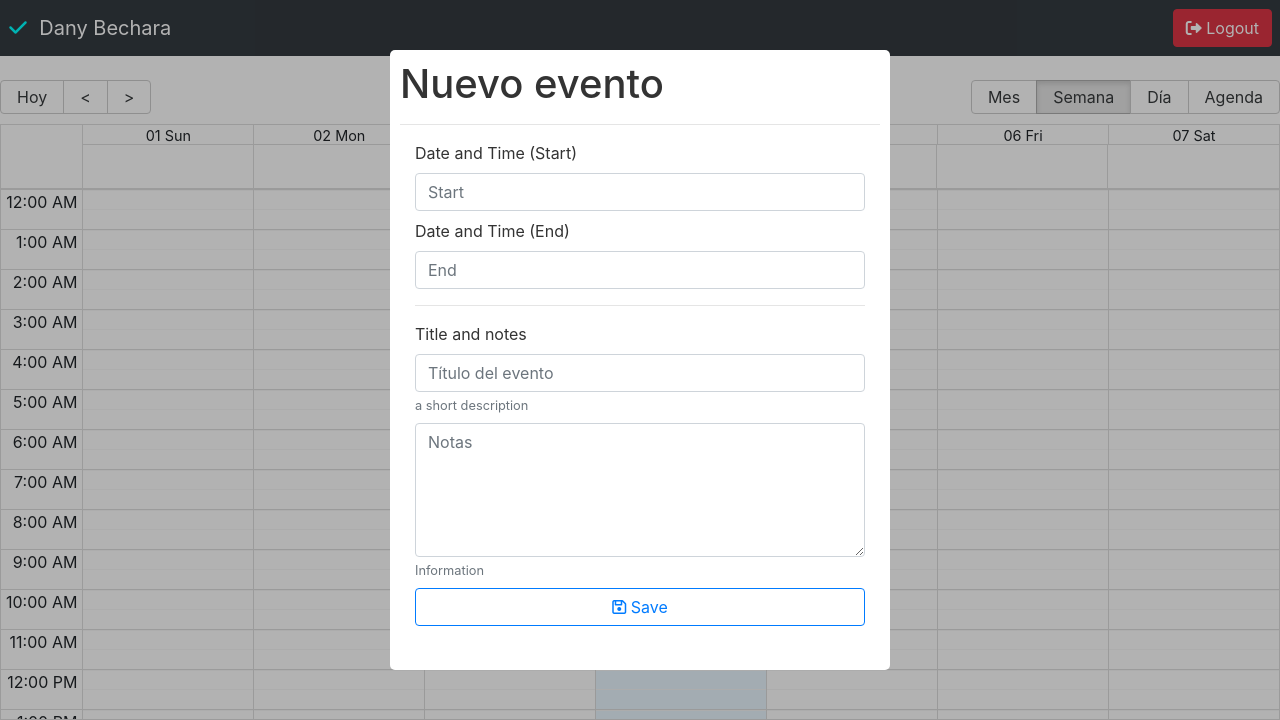
Repository: bechara611/calendar-frontend
Page: /
These files come from the project's save history. The page is drawn as it stood at one moment and after the next save; the edit follows.
The browser window is 1280 px wide. The pictures show the whole page.
An inner scrolling area shows only its first screen. The project was rebuilt for these pictures with package versions that can differ from the ones it lists, and the page was loaded fresh each time. Also part of the build but not shown: vite.config.js. Imported but missing from the stored project, and not drawn on this page: src/auth.

Above is the page before, as saved 2023-01-05 11:22:16.

### index.html
<!DOCTYPE html>
<html lang="en">
  <head>
    <meta charset="UTF-8" />
    <link rel="icon" type="image/svg+xml" href="/vite.svg" />
    <meta name="viewport" content="width=device-width, initial-scale=1.0" />
    <title>CalendarDB</title>
    <link rel="stylesheet" href="https://cdn.jsdelivr.net/npm/bootstrap@4.5.3/dist/css/bootstrap.min.css" integrity="sha384-TX8t27EcRE3e/ihU7zmQxVncDAy5uIKz4rEkgIXeMed4M0jlfIDPvg6uqKI2xXr2" crossorigin="anonymous">
    <link rel="stylesheet" href="https://cdnjs.cloudflare.com/ajax/libs/font-awesome/6.2.1/css/all.min.css" integrity="sha512-MV7K8+y+gLIBoVD59lQIYicR65iaqukzvf/nwasF0nqhPay5w/9lJmVM2hMDcnK1OnMGCdVK+iQrJ7lzPJQd1w==" crossorigin="anonymous" referrerpolicy="no-referrer" />
  </head>
  <body>
    <div id="root"></div>
    <script type="module" src="/src/main.jsx"></script>
  </body>
</html>

### src/main.jsx
import React from 'react'
import ReactDOM from 'react-dom/client'
import { BrowserRouter } from 'react-router-dom'
import { CalendarApp } from './CalendarApp'
import './styles.css'

ReactDOM.createRoot(document.getElementById('root')).render(


    <BrowserRouter>
      <CalendarApp />
    </BrowserRouter>

)

### src/CalendarApp.jsx
import React from 'react'
import { AppRouter } from './router/AppRouter'

export const CalendarApp = () => {
  return (
   <AppRouter></AppRouter>
  )
}

### src/styles.css
:root {
    --ColorAzul: blue;
  }

### src/router/AppRouter.jsx
import React from 'react'
import { Navigate, Route, Routes } from 'react-router-dom'
import { LoginPages } from '../auth/'
import { CalendarPages } from '../calendar/'


export const AppRouter = () => {
 // const authStatus = 'not-authenticated'
  const authStatus = 'authenticated'
  return (
    <Routes>
      {
        (authStatus === 'not-authenticated'
          ? <Route path='/auth/*' element={<LoginPages></LoginPages>}></Route>
          : <Route path='/*' element={<CalendarPages></CalendarPages>}></Route>
        )
      }
      <Route path='/*' element={<Navigate to={'/auth/login'}></Navigate>}></Route>

    </Routes>
  )
}

### src/calendar/index.js
export * from './pages/CalendarPages'
export * from './components/NavBar'

### src/calendar/pages/CalendarPages.jsx

import 'react-big-calendar/lib/css/react-big-calendar.css'
import React, { useState } from 'react'
import { Calendar } from 'react-big-calendar'
import { NavBar } from '../components/NavBar'
import { localizer } from '../../helpers/'
import { getMessages } from '../../helpers/Messages'
import { CalendarEvent } from '../components/CalendarEvent'
import { addHours } from "date-fns";
import { CalendarModal } from '../components/CalendarModal'

export const Events = [{
  title: 'Cumple de dany',
  notes: 'Torta para Dany',
  start: new Date(),
  end: addHours(new Date(), 3),
  bgColor: '#fafafa',
  user: {
    id: '123',
    name: 'Dany Bechara'
  }
}]




export const CalendarPages = () => {

const [lastView, setlastView] = useState(localStorage.getItem('lastview')|| 'week')

const onDoubleClick = (evento) => {
  console.log({ doubleClick: evento })
}
const onClick = (evento) => {
  console.log({ Click: evento })
}
const onViewChange = (evento) => {

  localStorage.setItem('lastview',evento)
  setlastView(localStorage.getItem('lastview'));
}

const eventStyleGetter = (event, start, end, isSelected) => {
  const style = {
    backgroundColor: isSelected ?  '#347CF7' : '',
    borderRadius: '0px',
    fontSize:'12px',
    opacity: 0.8,
    color: 'white'
  }
    return { style }
}
  return (
    <>
      <NavBar></NavBar>
      <Calendar
      view={lastView}
        localizer={localizer}
        events={Events}
        startAccessor="start"
        endAccessor="end"
        messages={getMessages()}
        style={{ height: 'calc( 100vh - 80px )' }}
        eventPropGetter={eventStyleGetter}
        components={{
          event: CalendarEvent
        }}
        onDoubleClickEvent={onDoubleClick}
        onSelectEvent={onClick}
        onView={onViewChange}
      />
      <CalendarModal></CalendarModal>
    </>

  )
}

### src/calendar/components/NavBar.jsx
import React from 'react'
import './NavBar.css'
export const NavBar = () => {
  return (
    <div className="navbar navbar-dark bg-dark mb-4 px-2">
    <span className='navbar-brand'>

    <i className="fa-sharp fa-solid fa-check icono"></i>

    &nbsp;
    Dany Bechara
    </span>
    <button className='btn btn-danger '>
    <i className="fa-solid fa-right-from-bracket"></i>

    <span> Logout</span>
    </button>
    </div>
  )
}

### src/helpers/index.js
export * from './CalendarLocalizer'

### src/helpers/Messages.js
export const getMessages =()=>{
    return {
        allDay: 'Todo el día',
        previous: '<',
        next: '>',
        today: 'Hoy',
        month: 'Mes',
        week: 'Semana',
        day: 'Día',
        agenda: 'Agenda',
        date: 'Fecha',
        time: 'Hora',
        event: 'Evento',
        noEventsInRange: 'No hay eventos en este rango',
        showMore: total => `+ Ver más (${total})`
    };
}

### src/calendar/components/CalendarEvent.jsx
import React from 'react'

export const CalendarEvent = ({ event }) => {

    const { title, user } = event
    return (
        <>
            <strong>{title}</strong>
            <span> - {user.name}</span>
        </>)
}

### src/calendar/components/CalendarModal.jsx
import React, { useState } from 'react'
import ReactModal from 'react-modal'
import Modal from 'react-modal'
import './CalendarModal.css'
const customStyles = {
    content: {
        top: '50%',
        left: '50%',
        right: 'auto',
        bottom: 'auto',
        marginRight: '-50%',
        transform: 'translate(-50%, -50%)',
    },
};
Modal.setAppElement('#root');
export const CalendarModal = () => {
    const [isOpen, setisOpen] = useState(true)

    const onCloseModal = () => {
        console.log('cerrando modal')
        setisOpen(false)
    }
    return (
        <>
            <Modal
                isOpen={isOpen}
                onRequestClose={onCloseModal}
                style={customStyles}
                className='modal'
                overlayClassName='modal-fondo'
                closeTimeoutMS={200}
            >
                <h1> Nuevo evento </h1>
                <hr />
                <form className="container">

                    <div className="form-group mb-2">
                        <label>Date and Time (Start)</label>
                        <input className="form-control" placeholder="Start" />
                    </div>

                    <div className="form-group mb-2">
                        <label>Date and Time (End) </label>
                        <input className="form-control" placeholder="End" />
                    </div>

                    <hr />
                    <div className="form-group mb-2">
                        <label>Title and notes</label>
                        <input
                            type="text"
                            className="form-control"
                            placeholder="Título del evento"
                            name="title"
                            autoComplete="off"
                        />
                        <small id="emailHelp" className="form-text text-muted">a short description</small>
                    </div>

                    <div className="form-group mb-2">
                        <textarea
                            type="text"
                            className="form-control"
                            placeholder="Notas"
                            rows="5"
                            name="notes"
                        ></textarea>
                        <small id="emailHelp" className="form-text text-muted">Information</small>
                    </div>

                    <button
                        type="submit"
                        className="btn btn-outline-primary btn-block"
                    >
                        <i className="far fa-save"></i>
                        <span> Save</span>
                    </button>

                </form>
            </Modal>
        </>
    )
}

### src/calendar/components/NavBar.css
.icono{
color: aqua;
}

### src/helpers/CalendarLocalizer.js
import {format,parse,startOfWeek,getDay} from 'date-fns'
import enUS from 'date-fns/locale/en-US'
import { dateFnsLocalizer } from 'react-big-calendar'

const locales = {
    'en-US': enUS,
  }

 export const localizer = dateFnsLocalizer({
    format,
    parse,
    startOfWeek,
    getDay,
    locales,
  })

### src/calendar/components/CalendarModal.css
/* Modal */
.ReactModalPortal > div{
    opacity: 0;
}

.ReactModalPortal .ReactModal__Overlay {
    align-items: center;
    display: flex;
    justify-content: center;
    transition: opacity .2s ease-in-out;
    z-index: 999;
}

.modal-fondo {
    background-color: rgba(0, 0, 0, 0.3);
    bottom: 0;
    left: 0;
    right: 0;
    top: 0;
    position: fixed;
}

.ReactModalPortal .ReactModal__Overlay--after-open {
    opacity: 1;
}

.ReactModalPortal .ReactModal__Overlay--before-close {
    opacity: 0;
}

.modal {
    background: white;
    border-radius: 5px;
    color: rgb(51, 51, 51);
    display: inline;
    max-height: 620px;
    max-width: 500px;
    outline: none;
    padding: 10px;
}

After the next save:
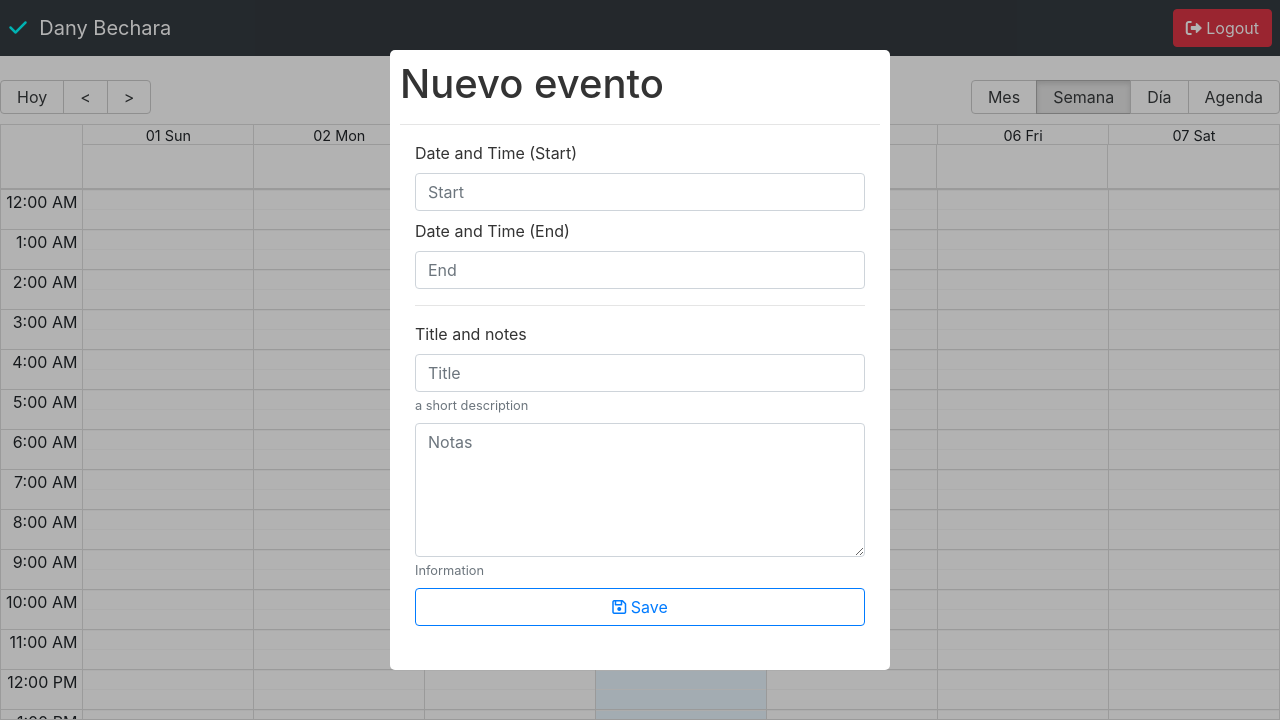
Saved 17 s later.
--- a/src/calendar/components/CalendarModal.jsx
+++ b/src/calendar/components/CalendarModal.jsx
@@ -50,7 +50,7 @@ export const CalendarModal = () => {
                         <input
                             type="text"
                             className="form-control"
-                            placeholder="Título del evento"
+                            placeholder="Title"
                             name="title"
                             autoComplete="off"
                         />
